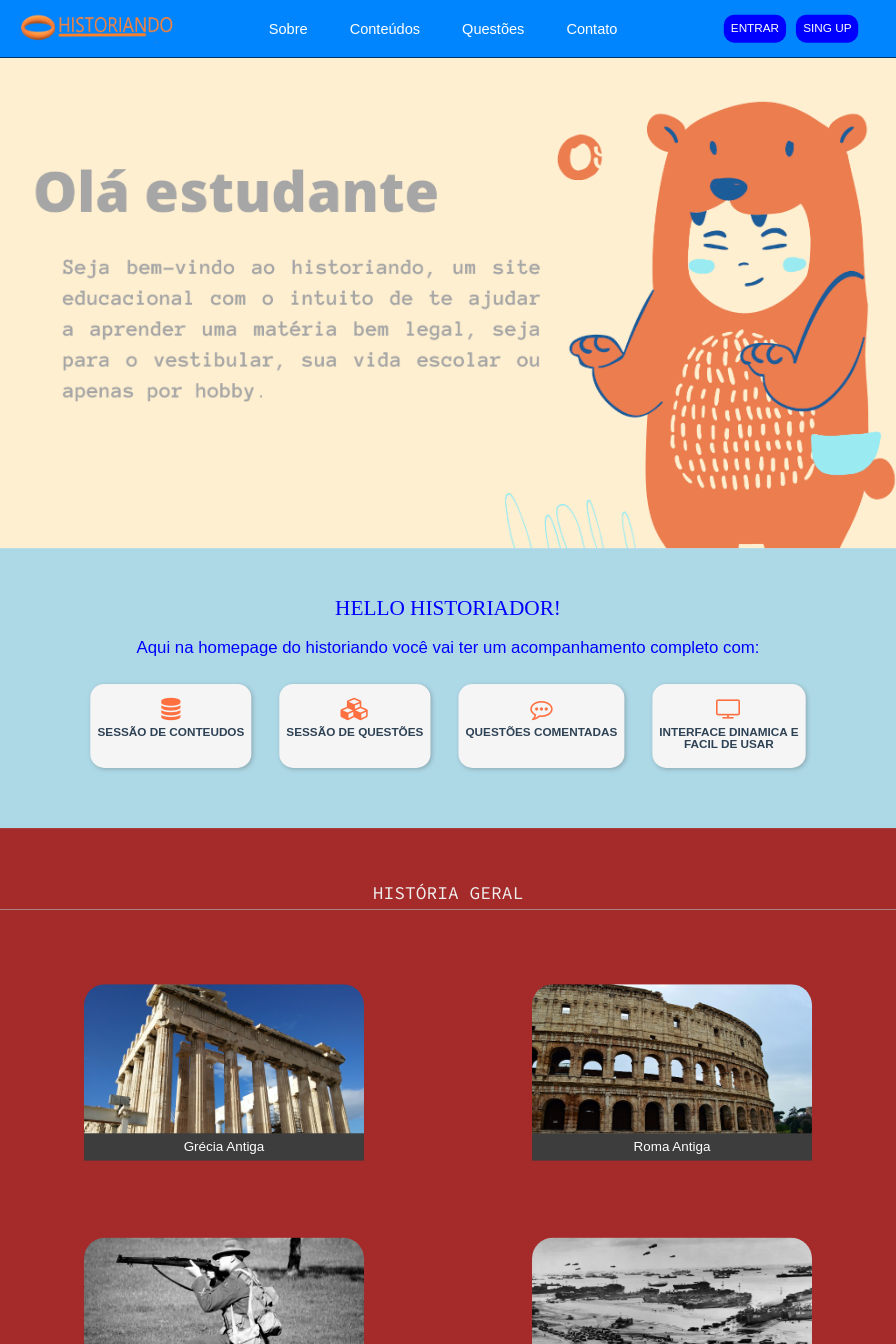
Repository: ErickBalbino/historiando
Page: index.html
The author's editor kept a copy of each file at every save. The page is drawn from the files as they stood at one save, then again after the next save.
The browser window is 1280 px wide. The pictures show the part of the page from y = 0 to 1920 px (the page is 3870 px tall), at 70% of full size.
Some icons come from a web library that is not loaded, so they are not drawn.

Above is the page before, as saved 2021-07-21 16:01:33.

After the next save:
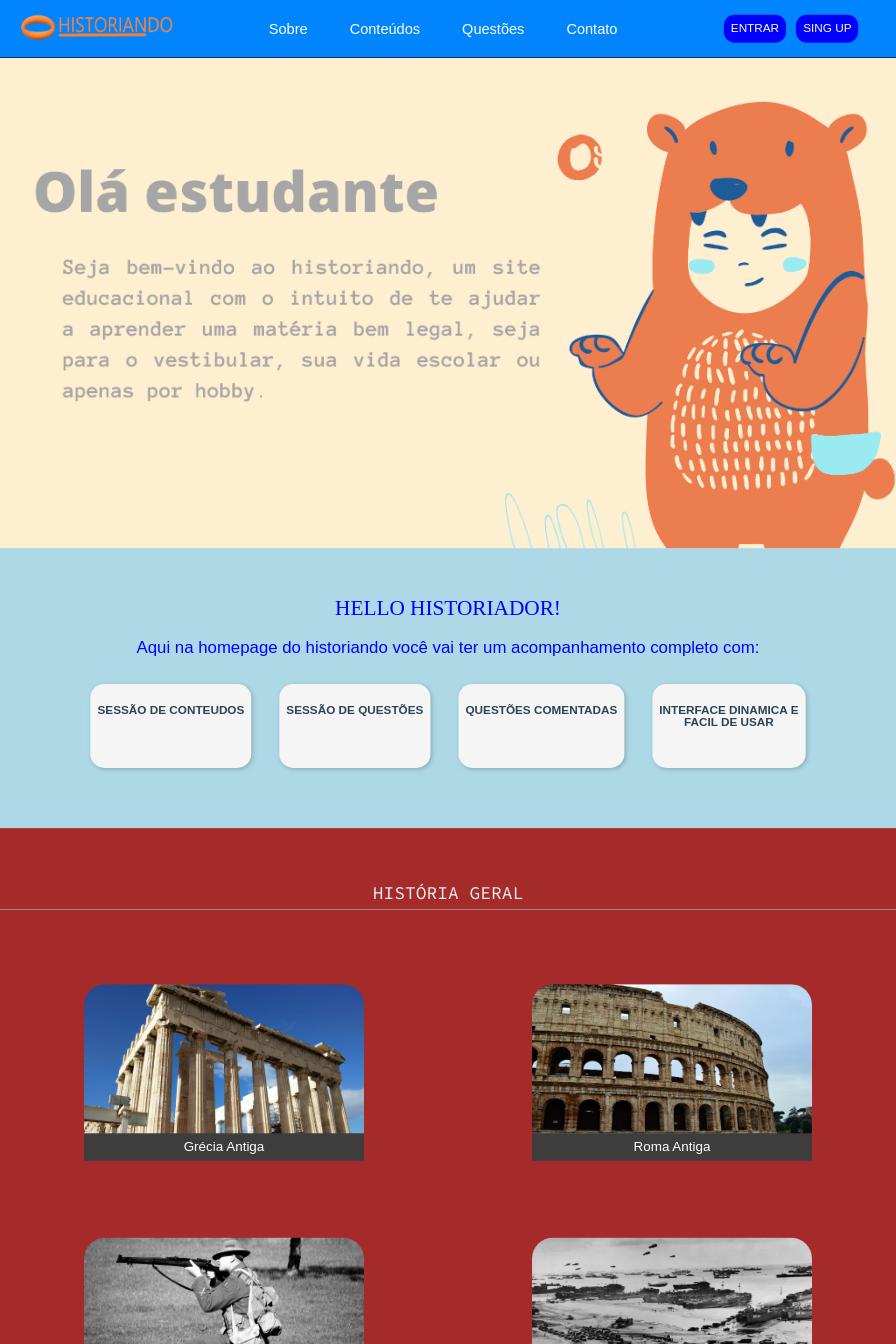
Saved 91 s later.
--- a/index.html
+++ b/index.html
@@ -12,7 +12,7 @@
     <!-- Fontes externas -->
     <link rel="preconnect" href="https://fonts.gstatic.com">
     <link href="https://fonts.googleapis.com/css2?family=Source+Code+Pro&display=swap" rel="stylesheet">
-    <link rel="stylesheet" href="https://cdnjs.cloudflare.com/ajax/libs/font-awesome/4.7.0/css/font-awesome.min.css">
+    <link rel="stylesheet" href="https://cdnjs.clo udflare.com/ajax/libs/font-awesome/4.7.0/css/font-awesome.min.css">
 
     <link rel="shortcut icon" href="site-historiando/imagens/favicon/favicon.png" type="image/x-icon">
 

After the 3 saves that followed:
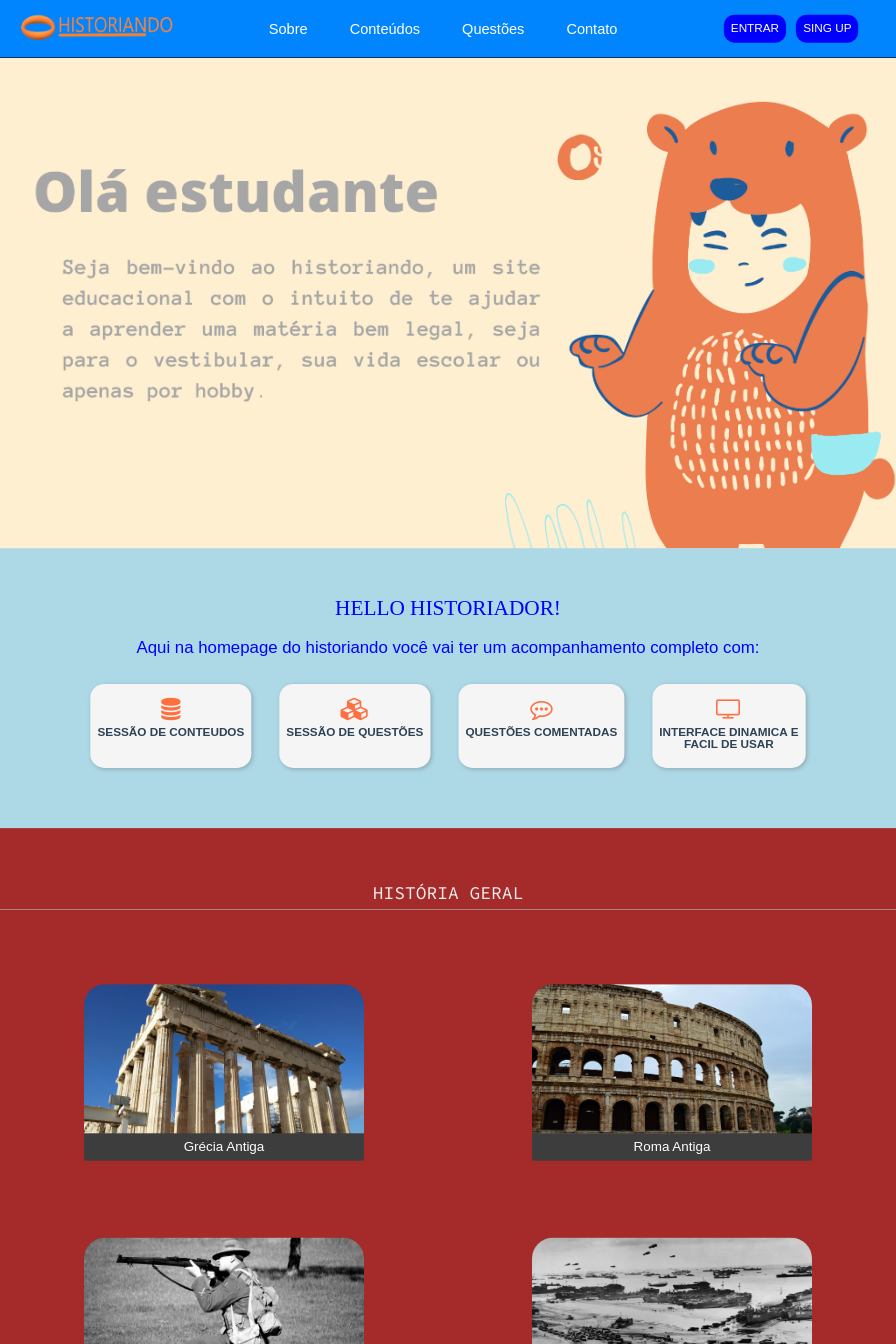
The 3 saves are shown as one change because 2 left the picture as it was.
The last was saved 67 s later.
--- a/index.html
+++ b/index.html
@@ -12,7 +12,7 @@
     <!-- Fontes externas -->
     <link rel="preconnect" href="https://fonts.gstatic.com">
     <link href="https://fonts.googleapis.com/css2?family=Source+Code+Pro&display=swap" rel="stylesheet">
-    <link rel="stylesheet" href="https://cdnjs.clo udflare.com/ajax/libs/font-awesome/4.7.0/css/font-awesome.min.css">
+    <link rel="stylesheet" href="https://cdnjs.cloudflare.com/ajax/libs/font-awesome/4.7.0/css/font-awesome.min.css">
 
     <link rel="shortcut icon" href="site-historiando/imagens/favicon/favicon.png" type="image/x-icon">
 
